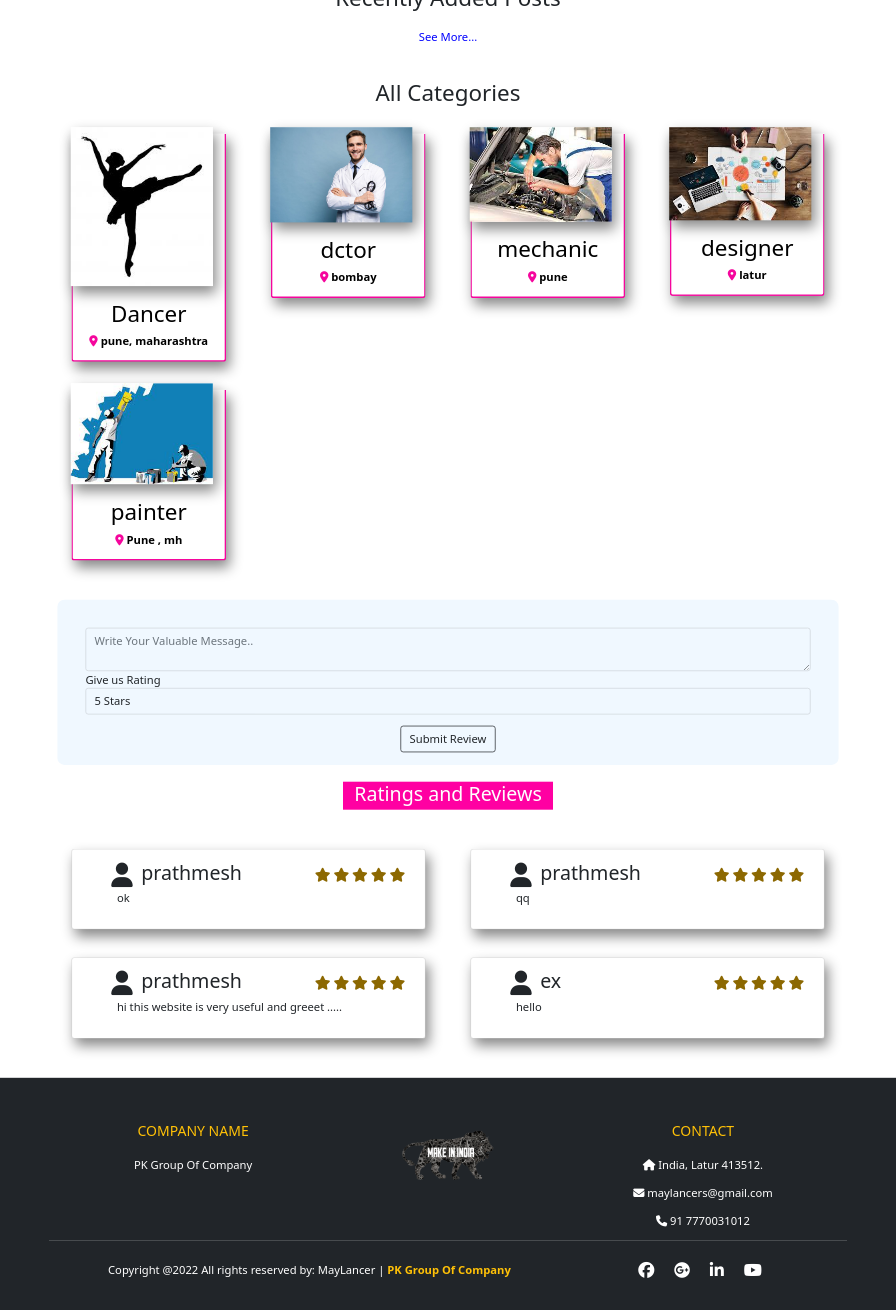
Repository: prathmesh2023/maylancers
Page: http://localhost/
The author's editor kept a copy of each file at every save. The page is drawn from the files as they stood at one save, then again after the next save.
The browser window is 1280 px wide. The pictures show the part of the page from y = 884 to 2804 px (the page is 2756 px tall before and 2804 px after), at 70% of full size.
Some web fonts or font styles are not loaded; a fallback is used. Some web libraries are served in a nearby version. The page is served by the project's application, run on Django 3.2 (manage.py). Other server files are loaded and not shown. The page reads the database file committed with the project. Queries for data that is not in the repository find no rows.

Above is the page before, as saved 2022-02-16 15:39:26.

### templates/home.html
 {% extends "base.html" %} {% block title %} MayLancers {% endblock title %} {% load static %} {% block main %}
<div class="bgc" style=" background-image: url(' {% static 'img/2.gif' %} ');">

    <div class="searchbox container py-5">

        <h2 class="py-4 text-white text-center h1 jone">Find Work Or Workers For Every Field:</h2>

        <form action="/search" method="post" class="form">
            {% csrf_token %}
            <div class="input-group">

                <input required name="text" type="text" class="form-control" aria-label="Text input with dropdown button" placeholder="">
                <div class="input-group-append">
                    <button class="btn primary-bg bt text-white " type="submit"><span class="fa fa-search"> </span> Search</button>

                </div>
            </div>
        </form>


        <div class="container text-center text-white my-4 rounded-0 pj">
            {% comment %} <a href="post_job"><button class="btn primary-bg btn-lg"><span class="fa fa-edit" style=> </span> Post Job</button></a> {% endcomment %}



        </div>


    </div>


</div>
</div>



<!-- cards -->
<!-- <div class="container card_main ">
    <div class="row ">
        <div class="col-md-3 justify-content-center">

            <div class="card  m-0 p-0" style="border: solid 2px #f5069d ; border-top-right-radius: 0px; border-top-left-radius: 0px; border-top: none ;">
                <div class="card-body ">
                    <img src="{% static 'img/card/Painter.jpg' %} " class="img border-0 p-0">
                    <h2 style="margin-top:20px;">
                        Painter
                    </h2>
                    <p class="card-text"><b>Find Painters nearby you</b></p>
                    <a href="#" class="btn sub">  Find </a>
                </div>
            </div>

        </div>


        <div class="col-md-3">

            <div class="card  m-0 p-0" style="border: solid 2px #f5069d ; border-top-right-radius: 0px; border-top-left-radius: 0px; border-top: none ;">
                <div class="card-body ">
                    <img src="{% static 'img/card/mechanic.jpg' %} " class="img border-0 p-0">
                    <h2 style="margin-top:20px;">
                        Mechanic
                    </h2>
                    <p class="card-text"><b>Find Mechanics nearby you</b></p>
                    <a href="#" class="btn sub"> Find </a>
                </div>
            </div>

        </div>



        <div class="col-md-3">

            <div class="card  m-0 p-0" style="border: solid 2px #f5069d ; border-top-right-radius: 0px; border-top-left-radius: 0px; border-top: none ;">
                <div class="card-body ">
                    <img src="{% static 'img/card/designer1.jpg' %} " class="img border-0 p-0">
                    <h2 style="margin-top:20px;">
                        Designer
                    </h2>
                    <p class="card-text"><b>Find Designer nearby you</b></p>
                    <a href="#" class="btn sub"> Find </a>
                </div>
            </div>

        </div>


        <div class="col-md-3">

            <div class="card  m-0 p-0" style="border: solid 2px #f5069d ; border-top-right-radius: 0px; border-top-left-radius: 0px; border-top: none ;">
                <div class="card-body ">
                    <img src="{% static 'img/card/doctor.jpg' %}" class="img border-0 p-0">
                    <h2 style="margin-top:20px;">
                        Doctor
                    </h2>
                    <p class="card-text"><b>Find Doctors nearby you</b></p>
                    <a href="#" class="btn sub"> Find </a>
                </div>
            </div>

        </div>
    </div>
</div> -->

<div class="container-fluid card-main "style=" background: white;">
 <div class="row">


    <div class="col-md-3 text-center  boxed text-white" style="background-color: #ff3001c7; ">
       <a href="/jobs"> <h4 class="h4 my-2"> Hire Freelancer <span class="mx-3 fa fa-arrow-right fa-sm"> </span></h4></a>

    </div>

    <div class="col-md-3 text-center  boxed " style="background-color: white;">
        <a href="/profile"> <h4 class="h4 my-2" style="color: blue;"> Work as Freelancer <span class="mx-3 fa fa-arrow-right fa-sm"> </span></h4></a>

    </div>

    <div class="col-md-3 text-center  boxed text-white" style="background-color: green; ">
        <a href="/post_job"> <h4 class="h4 my-2"> Post a Job <span class="mx-3 fa fa-arrow-right fa-sm"> </span></h4>
</a>
    </div>

    <div class="col-md-3 text-center  boxed text-white" style="background-color: #41464b; ">
        <a href="categories"><h4 class="h4 my-2"> All Categories <span class="mx-3 fa fa-arrow-right fa-sm"> </span></h4>
</a>
    </div>

 </div>

</div>

<style >
    .boxed{
        height: 55px;
        font-family: 'Jockey One';
        padding: 3px;
    }
    a{
        text-decoration: none;
        color: white;
    }
</style>

<!--
<div class="container card_main ">

    <div class="row">
        {% for h in cat %} {% if forloop.counter0|divisibleby:4 %}
    </div><br>
    <div class="row">
        {% endif %}
        <div class="col-md-3 text-center my-2">
            <a href="/category/{{h.title}}" style="text-decoration: none; color:black">
                <div class="card  " style="border: solid 2px #f5069d ; border-top-right-radius: 0px; border-top-left-radius: 0px; border-top: none ;">
                    <div class="card-body ">
                        <img src="{{h.thumbnail.url}} " class="img border-0 p-0">
                        <h2 style="margin-top:20px;">
                            {{h.title}}
                        </h2>
                        <p class="card-text"><b><span class="fa fa-map-marker" style="color:#f5069d"> </span>  {{h.location}}</b></p>

                    </div>
                </div>
            </a>
        </div>
        {% endfor %}
    </div>
</div> -->

<br>

<div class="container text-center">
    <h2 style=" font-family:Concert One';"> How does freelancing work?</h2>
</div>

<div class="container text-center" style="box-shadow: 5px 5px 8px 5px #888888; padding: 25px; font-size: smaller;">
    <p class="list-inline">
        Freelancers accept payment in return for providing some sort of service. That agreement is generally part-time or short term.
        <br>

       For example, if I hired a photographer to take new headshots for me, I could pay a freelancer for that session and that would be the end of it.
       <br>
     Sometimes people pay freelancers to work a set number of hours per week or per month. That arrangement is often referred to as a “retainer.”
     <br>

    A retainer refers to when you retain the services or right to someone’s time. A lot of legal professionals work on retainer. Every month, they bill
    <br>
        a set amount of time to the client, regardless of whether that full time is used or not.
        A retainer refers to when you retain the services or right to someone’s time. A lot of legal professionals work on retainer. Every month, they bill a set amount of time to the client, regardless of

</p>
</div>

<div class="container text-center my-4">
    <h2 style=" font-family:Concert One';"> Recently Added Posts</h2>
</div>


<div class="container rpost">

    <div class="container">
        <div class="col-4">

        </div>
        <div class="col-4">

        </div>

    </div>


    <div class="container my-4  ">

        {% for i in post %}
        <div class="row my-3" style="box-shadow: 5px 5px 8px 5px #888888; padding: 25px;">
            <div class="col imgcol">
                <img src="{{i.thumb.url}}" class="rounded float-left " alt="...">

            </div>
            <div class="col-6">
                <h2>{{i.title}}</h2>
                <p>{{i.desc}}</p>

                <p><span class="fa fa-user"> </span> {{i.user}}</p>
                <button class="btn btn-secondary btn-sm">{{i.cat}}</button>
            </div>
            <div class="col">
                <b><p><span class="fa fa-map-marker"> </span> {{i.loc}}</p></b>

                <b>Amount:</b>
                <br>

                <b>From : Rs. {{i.afrom}} /-</b>
                <br>
                <b>To : Rs. {{i.ato}} /-</b> {% if i.done is True %}

               <button class="btn btn-danger rounded-0 w-100 my-3"> Closed</button>
                {% else %}
                <a href="apply/{{i.title}}/{{i.id}}"> <button class="btn primary-bg text-white rounded-0 w-100 my-3"> Apply</button></a>
                {% endif %}


            </div>
        </div>
        {% endfor %}

    </div>

</div>


<div class="container  mpost ">

{% for i in post %}
<div class="row my-3" style="box-shadow: 5px 5px 8px 5px #888888; padding: 25px;">

    <div class="card-body">

         <img src="{{i.thumb.url}}" class="rounded " alt="thumbnail" style="width: 100%; height: 170px;">
         <h2>{{i.title}}</h2>
         <p>{{i.desc}}</p>
        <div class="row">
            <div class="col">
                         <p><span class="fa fa-user"> </span> {{i.user}}</p>

         <p><span class="fa fa-map-marker"> </span> {{i.loc}}</p>
          <button class="btn btn-secondary btn-sm p-0 p-0" style="margin-top: -8px;">{{i.cat}}</button>



            </div>
            <div class="col">
                                <b>Amount:</b>
                <br>

                <p>From : Rs. {{i.afrom}} /-</p>

                <p>To : Rs. {{i.ato}} /-</p>

            </div>
        </div>


    </div>

    <div class="card-footer">
     {% if i.done is True %}

               <button class="btn btn-danger  rounded-0  w-100 my-3"> Closed</button>
                {% else %}
                <a href="apply/{{i.title}}/{{i.id}}"> <button class="btn primary-bg text-white rounded-0 w-100 my-3"> Apply</button></a>
                {% endif %}
    </div>

</div>

{% endfor %}

</div>

<p class="text-center"><a href="/jobs" style="color: blue;"> See More... </a></p>

<br>


<div class="container text-center my-2">
    <h2 style=" font-family:Concert One';"> All Categories</h2>
</div>


<!-- cards -->

<div class="container card_main " style="margin-top:0px">

    <div class="row">
        {% for h in cat %} {% if forloop.counter0|divisibleby:4 %}
    </div><br>
    <div class="row">
        {% endif %}
        <div class="col-md-3 text-center my-2">
            <a href="/category/{{h.title}}" style="text-decoration: none; color:black">
                <div class="card  " style="border: solid 2px #f5069d ; border-top-right-radius: 0px; border-top-left-radius: 0px; border-top: none ;">
                    <div class="card-body ">
                        <img src="{{h.thumbnail.url}} " class="img border-0 p-0">
                        <h2 style="margin-top:20px;">
                            {{h.title}}
                        </h2>
                        <p class="card-text"><b><span class="fa fa-map-marker" style="color:#f5069d"> </span> {{h.location}}</b></p>

                    </div>
                </div>
            </a>
        </div>
        {% endfor %}
    </div>
</div>

<br>


<div class="container my-4">

    <form class="form-group fmr" method="post" action="/post_rate">
        <textarea required class="form-control" placeholder="Write Your Valuable Message.." name="msg"></textarea>
        <input type="hidden" class="form-control" placeholder="" name="user" value="{{user}}">
{% csrf_token %}

        <label class="col-md-2 control-label" for="rating">Give us Rating</label>

        <select required class="form-control" name="rating" id="rating">
            <option value="5">5 Stars</option>
            <option value="4">4 Stars</option>
            <option value="3">3 Stars</option>
            <option value="2">2 Stars</option>
            <option value="1">1 Stars</option>

        </select>

        <center>
            <button type="submit" class="btn btn-outline-dark my-3 btr">Submit Review</button>
        </center>
    </form>

</div>


<div class="container text-center my-4 cmt">

    <h3 style="">Ratings and Reviews</h3>


</div>

<style>

</style>

<div class="container cmtd">

    <div class="row">
        {% for i in rate %} {% if forloop.counter0|divisibleby:2 %}
    </div><br>
    <div class="row">
        {% endif %}
        <div class="col-md-6 my-2">
            <div class="card">
                <div class="card-body">
                    <div class="row">
                        <div class="col-2 ">
                            <span class="fa fa-user user-profile"></span>
                        </div>
                        <div class="col-6">
                            <h3>{{i.user}}</h3>
                        </div>
                        <div class="col-4">
                            {{i.start}}
                            <span class="fa fa-star"></span>
                            <span class="fa fa-star"></span>
                            <span class="fa fa-star"></span>
                            <span class="fa fa-star"></span>
                            <span class="fa fa-star"></span>
                        </div>

                    </div>


                    <p class="p mx-5 justify-content">{{i.msg}} </p>

                </div>
            </div>
        </div>


        {% endfor %}



    </div>
</div>

<center>
    <a href="#" style="text-decoration: none;"> See More Reviews...</a>
</center>



<div class="container cmtm">



    <div class="row">
        <div class="col-md-6 my-2">
            <div class="card">
                <div class="card-body">

                    <div class="user ">

                        <span class="fa fa-user uml"></span>


                        <span class="h3 mx-3">prathmesh lohar</span>

                    </div>

                    <div class="star mx-5"> <span class="fa fa-star"></span>
                        <span class="fa fa-star"></span>
                        <span class="fa fa-star"></span>
                        <span class="fa fa-star"></span>
                        <span class="fa fa-star"></span>
                    </div>





                    <p class="p mx-5 justify-content">my name is kulkarni chamya i am mr in pyser my name is kulkarni chamya i am mr in pyser ,my name is kulkarni chamya i am mr in ... </p>

                </div>
            </div>
        </div>
</div>
</div>


<style>
    .user-profile {
        font-size: 35px;
        margin-left: 40px;
        margin-top: 3px;
    }

    .uml {
        font: size 10px;
    }

    .cmt {
        color: rgb(255, 255, 255);
        background-color: rgb(255, 0, 162);
        height: 40px;
        width: 300px;
    }

    .fa-star {
        font-size: 20px;
        margin-top: 10px;
        color: #8c6801;
    }

   .btr:hover {
        background-color: #0079ebcb;
    }

    .fmr {
        background-color: aliceblue;
        padding: 40px 40px 2px 40px;
        border-radius: 10px;
    }

   .form-control {
        background-color: aliceblue;
    }

    .cmtd {
        display: block;
    }

    .cmtm {
        display: none;
    }

    @media screen and (max-width: 600px) {
        .fa-user {
            font-size: 20px;
            margin-left: 50px;
            margin-top: 0px;
        }
        .cmtd {
            display: none;
        }
        .cmtm {
            display: block;
        }
    }
</style>

<br/>


<style>

    .card_main {
    margin-top: 40px;
}

    .mpost{
        display: none;
    }

     @media  screen and (max-width: 900px) {
       .mpost{
        display: block;
    }
    .rpost{
        display: none;
    }
    }
    .rpost img {
        max-width: 90%;
    }

    @media  screen and (max-width: 900px) {
        .imgcol {
            display: none;
        }
    }
</style>




{% endblock main %}

### maylancer/urls.py
"""maylancer URL Configuration

The `urlpatterns` list routes URLs to views. For more information please see:
    https://docs.djangoproject.com/en/3.2/topics/http/urls/
Examples:
Function views
    1. Add an import:  from my_app import views
    2. Add a URL to urlpatterns:  path('', views.home, name='home')
Class-based views
    1. Add an import:  from other_app.views import Home
    2. Add a URL to urlpatterns:  path('', Home.as_view(), name='home')
Including another URLconf
    1. Import the include() function: from django.urls import include, path
    2. Add a URL to urlpatterns:  path('blog/', include('blog.urls'))
"""
from django.contrib import admin
from django.urls import path,include

urlpatterns = [
    path('admin/', admin.site.urls),
    path('',include('app1.urls'))
]

### app1/urls.py
from django.contrib import admin
from django.urls import path
from app1 import views

from django.conf import settings
from django.conf.urls.static import static

urlpatterns = [
    path("", views.home , name="home"),
    path("login", views.login, name="login"),
    path("logout", views.logout,name="logout"),
    path("profile", views.profile, name="profile"),
    path("register", views.register, name="register"),
    path("post_job", views.post_job, name="post_job"),
    path("apply/<str:title>/<int:id>", views.apply, name="apply"),
    path("proposal", views.proposal, name="proposal"),
    path("category/<str:title>", views.category, name="category"),
    path("search", views.search,name="search"),
    path("categories", views.categories, name="categories"),
    path('jobs', views.jobs, name="jobs"),

    path("success", views.success, name="success"),
     path("post_rate", views.post_rate, name="post_rate"),


]+ static(settings.MEDIA_URL, document_root=settings.MEDIA_ROOT)

### db.sqlite3 (the tables this page reads, as SQL)
CREATE TABLE "app1_category" ("id" integer NOT NULL PRIMARY KEY AUTOINCREMENT, "title" varchar(200) NOT NULL, "location" varchar(200) NOT NULL, "desc" text NOT NULL, "thumbnail" varchar(100) NULL);
INSERT INTO "app1_category" VALUES
(1, 'painter', 'Pune , mh', 'painter', 'app1/img/category/painter_LAaJ8Te.jpg'),
(2, 'designer', 'latur', 'designer', 'app1/img/category/designer1.jpg'),
(3, 'mechanic', 'pune', 'mechanic', 'app1/img/category/mechanic.jpg'),
(4, 'dctor', 'bombay', 'dector', 'app1/img/category/doctor.jpg'),
(6, 'Dancer', 'pune, maharashtra', 'I want a Bar dancer', 'app1/img/category/download.jpg');

CREATE TABLE "app1_rating" ("id" integer NOT NULL PRIMARY KEY AUTOINCREMENT, "user" varchar(500) NOT NULL, "star" integer NOT NULL, "msg" varchar(100) NOT NULL);
INSERT INTO "app1_rating" VALUES
(1, 'ex', 5, 'hello'),
(2, 'prathmesh', 4, 'hi this website is very useful and greeet .....'),
(3, 'prathmesh', 5, 'qq'),
(4, 'prathmesh', 5, 'ok');

Loaded but not shown: static/bootstrap-5/css/bootstrap.min.css (library); templates/base.html (422 lines, source omitted); app1/views.py (249 lines, source omitted); static/css/main.css (181 lines, source omitted); app1/models.py (61 lines, source omitted)

After the next save:
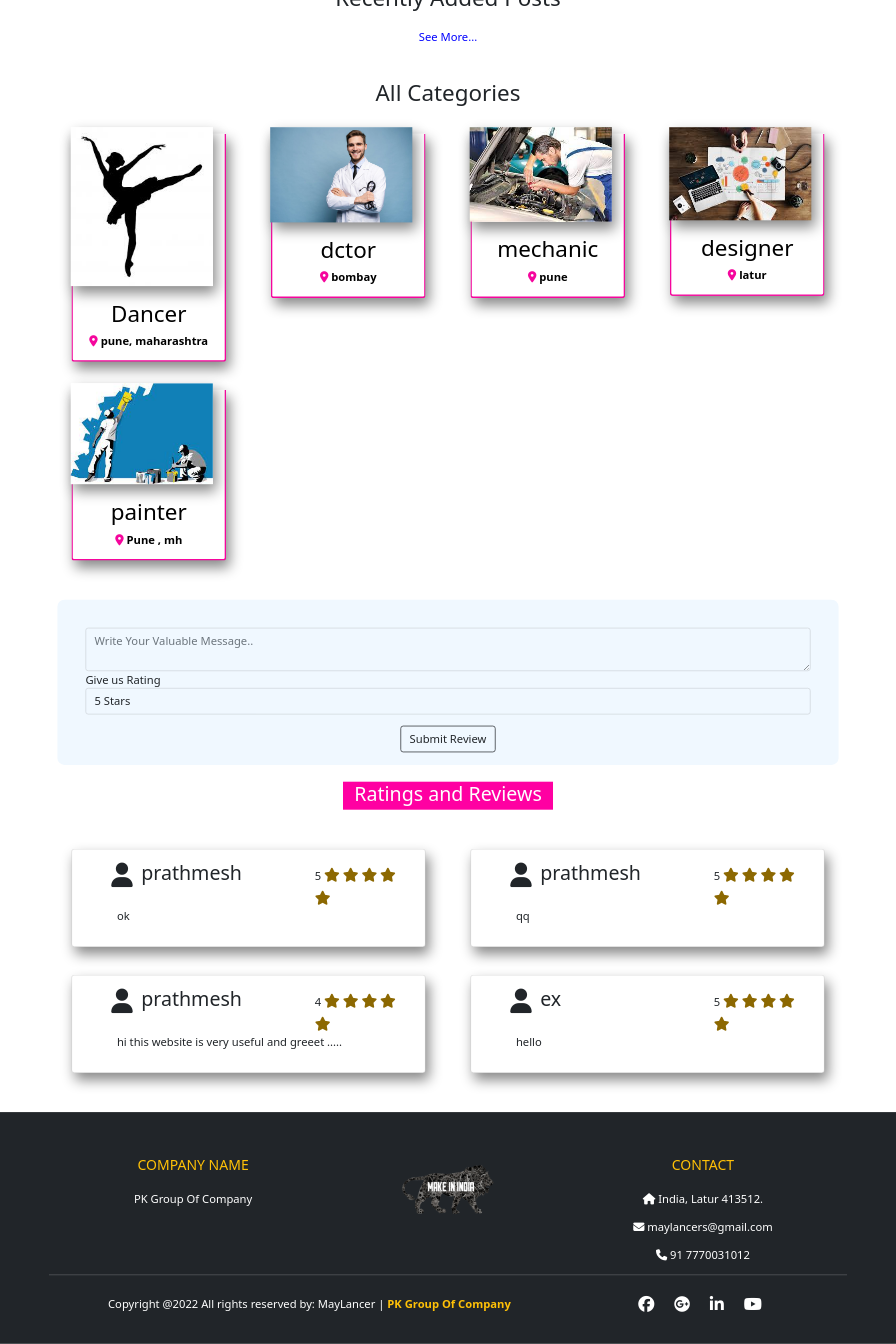
Saved 24 s later.
--- a/templates/home.html
+++ b/templates/home.html
@@ -395,7 +395,7 @@
                             <h3>{{i.user}}</h3>
                         </div>
                         <div class="col-4">
-                            {{i.start}}
+                            {{i.star}}
                             <span class="fa fa-star"></span>
                             <span class="fa fa-star"></span>
                             <span class="fa fa-star"></span>

After the save that followed:
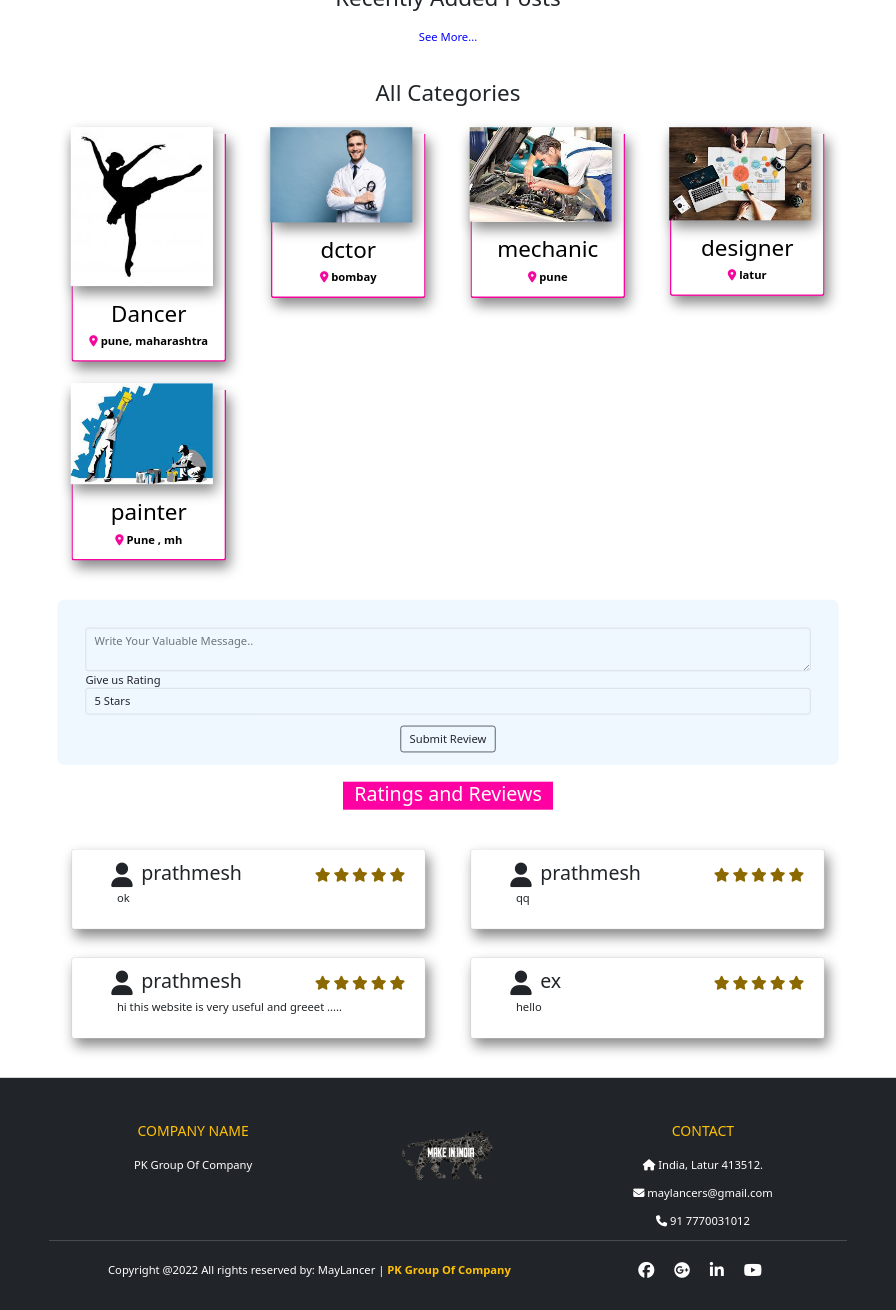
Saved 3 min 48 s later.
--- a/templates/home.html
+++ b/templates/home.html
@@ -395,7 +395,7 @@
                             <h3>{{i.user}}</h3>
                         </div>
                         <div class="col-4">
-                            {{i.star}}
+
                             <span class="fa fa-star"></span>
                             <span class="fa fa-star"></span>
                             <span class="fa fa-star"></span>
